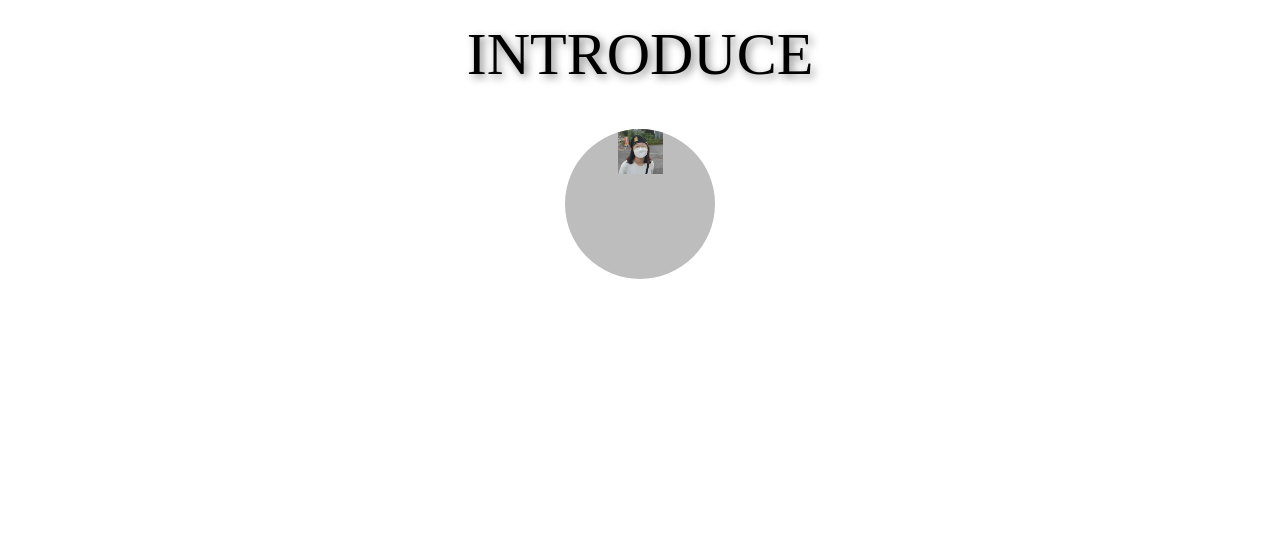
Repository: papav-hub/Web_Study
Page: ChoiHyeMin_reg/src/main/webapp/introduce.html
These files come from the project's save history. The page is drawn as it stood at one moment and after the next save; the edit follows.
The browser window is 1280 px wide. The pictures show the whole page.

Above is the page before, as saved 2021-10-03 18:56:34.

### ChoiHyeMin_reg/src/main/webapp/introduce.html
<!DOCTYPE html>
<html>

<head>
	<meta charset="UTF-8">
	<title>Web Service ProgrammingHomework</title>
	<link rel="stylesheet" href="resources/register.css" type="text/css"></link>
</head>

<body>
	<header> INTRODUCE </header>


 	<div class="box" style="background: #BDBDBD;">
    	<img class="profile" src="resources/ChoiHyeMin01.jpg">
	</div>




</body>
</html>

### ChoiHyeMin_reg/src/main/webapp/resources/register.css
@charset "UTF-8";

	header
	{
		margin:20px 10px 40px 10px;
		font-family:"FreeStyle Script", "Mistral";
		font-size:60px;
		text-shadow:3px 3px 8px gray;
		text-align:center;
	}


	body
	{
		color:black;
		font-family:'맑은 고딕', '돋움', '고딕';
	}


	div
	{
		margin-left:auto;
		margin-right:auto;
		width:70%;
		text-align:center;
	}


	ul
	{
		list-style:none;
		text-align:left;
		background-color:#FDF2EE;
		margin-left:20px;
		margin-right:20px;
		padding-top:20px;
		padding-bottom:20px;
	}


	#sect
	{
		background-color:#FDF2EE;
		text-align:center;
		margin:20px;
		padding:20px;
	}


	a
	{
		text-decoration:underline;
		color:#0000a0;
	}


	table
	{
		border-collapse:collapse;
		width:100%
	}


	th
	{
		border:1px solid lightgray;
		padding:5px;
		width:30%
	}


	td
	{
		border:1px solid lightgray;
		padding:5px;
		width:70%;
	}


	.box {
	    width: 150px;
	    height: 150px;
	    border-radius: 70%;
	    overflow: hidden;
	}
	.profile
	{
	    width: 30%;
	    height: 30%;
	    object-fit: cover;
	}

After the next save:
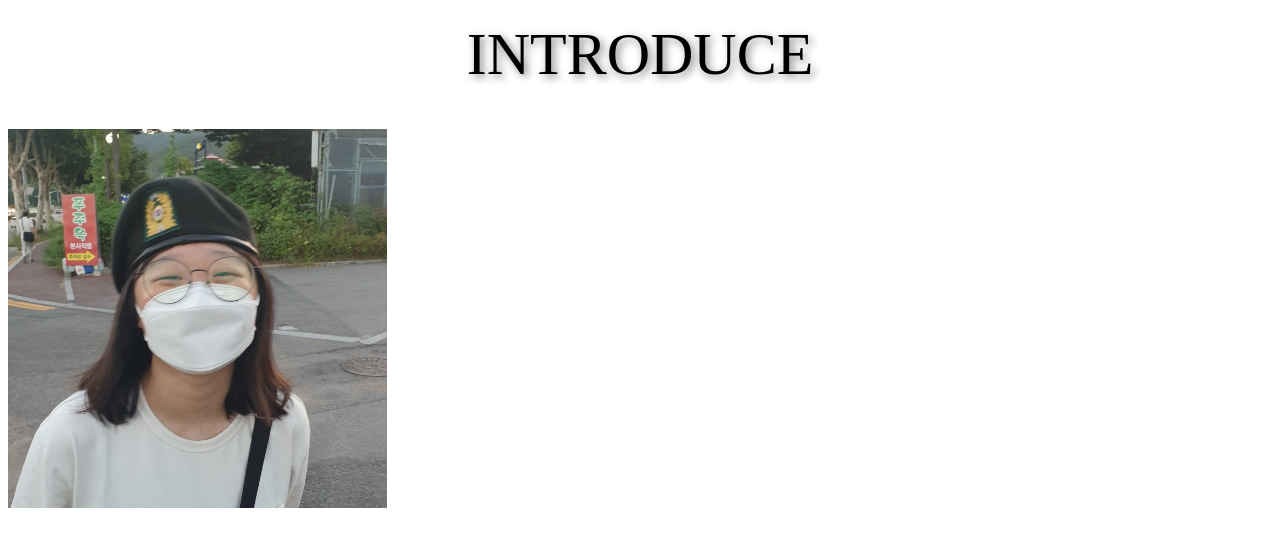
Saved 5 s later.
--- a/ChoiHyeMin_reg/src/main/webapp/introduce.html
+++ b/ChoiHyeMin_reg/src/main/webapp/introduce.html
@@ -11,9 +11,7 @@
 	<header> INTRODUCE </header>
 
 
- 	<div class="box" style="background: #BDBDBD;">
-    	<img class="profile" src="resources/ChoiHyeMin01.jpg">
-	</div>
+    <img class="profile" src="resources/ChoiHyeMin01.jpg">
 
 
 
